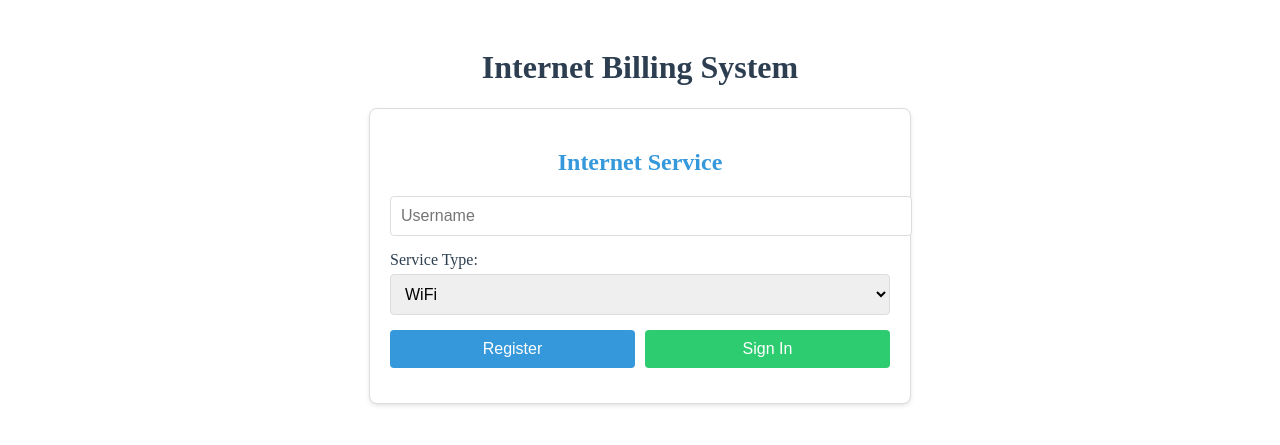
Repository: rachel648/system_Bill
Page: / (app in client/)
An editor plug-in stored every save of this project. The page is shown before and after the next save, followed by the edit.
The browser window is 1280 px wide. The pictures show the whole page.
The project was rebuilt for these pictures with package versions that can differ from the ones it lists, and the page was loaded fresh each time. Also part of the build but not shown: client/src/Packages.js.

Above is the page before, as saved 2025-05-11 16:11:00.

### client/public/index.html
<!DOCTYPE html>
<html lang="en">
  <head>
    <meta charset="UTF-8" />
    <meta name="viewport" content="width=device-width, initial-scale=1.0"/>
    <title>Internet Billing System</title>
  </head>
  <body>
    <div id="root"></div>
    <!-- Add React scripts if not using Create React App -->
    <!-- <script src="https://unpkg.com/react@18/umd/react.development.js"></script>
    <script src="https://unpkg.com/react-dom@18/umd/react-dom.development.js"></script> -->
  </body>
</html>

### client/src/App.js
import React from 'react';
import { BrowserRouter as Router, Routes, Route } from 'react-router-dom';
import ServiceForm from './components/ServiceForm';
import Packages from './Packages';

const App = () => {
  return (
    <Router>
      <div style={{ padding: '20px', maxWidth: '1200px', margin: '0 auto' }}>
        <h1 style={{ textAlign: 'center', color: '#2c3e50' }}>Internet Billing System</h1>
        <Routes>
          <Route path="/" element={<ServiceForm />} />
          <Route path="/packages" element={<Packages />} />
        </Routes>
      </div>
    </Router>
  );
};

export default App;

### client/src/components/ServiceForm.js
import React, { useState } from 'react';
import { useNavigate } from 'react-router-dom';
import axios from 'axios';

const ServiceForm = () => {
  const [formData, setFormData] = useState({
    username: '',
    serviceType: 'wifi',
    packageType: 'basic',
    duration: 1,
    amount: 10
  });
  const [status, setStatus] = useState({ message: '', type: '' });
  const [loading, setLoading] = useState(false);
  const navigate = useNavigate();

  const handleChange = (e) => {
    const { name, value } = e.target;
    setFormData(prev => ({
      ...prev,
      [name]: name === 'duration' || name === 'amount' ? parseInt(value) || 0 : value
    }));
  };

  const handleServiceChange = (e) => {
    handleChange(e);
    if (e.target.value === 'wifi') {
      navigate('/packages');
    } else if (e.target.value === 'hotspot') {
      alert('Hotspot selected');
    }
  };

  const handleRegister = async () => {
    if (!formData.username.trim()) {
      setStatus({ message: 'Username is required', type: 'error' });
      return;
    }

    setLoading(true);
    try {
      const res = await axios.post('/api/users/register', {
        username: formData.username,
        serviceType: formData.serviceType,
        package: formData.packageType,
        duration: formData.duration
      });

      setStatus({
        message: `Registration successful! Service active until ${new Date(res.data.data.endTime).toLocaleDateString()}`,
        type: 'success'
      });
    } catch (err) {
      setStatus({
        message: err.response?.data?.message || err.message || 'Registration failed',
        type: 'error'
      });
    } finally {
      setLoading(false);
    }
  };

  const handleSignIn = async () => {
    if (!formData.username.trim()) {
      setStatus({ message: 'Username is required', type: 'error' });
      return;
    }

    setLoading(true);
    try {
      const res = await axios.get(`/api/users/status/${formData.username}`);
      if (res.data && res.data.active !== undefined) {
        setStatus({
          message: `Welcome back! Status: ${res.data.active ? 'Active' : 'Inactive'}, Ends: ${new Date(res.data.endTime).toLocaleString()}`,
          type: 'success'
        });
        // Optionally redirect:
        // navigate('/dashboard');
      } else {
        setStatus({ message: 'User not found', type: 'error' });
      }
    } catch (err) {
      setStatus({
        message: err.response?.data?.message || 'Sign-in failed',
        type: 'error'
      });
    } finally {
      setLoading(false);
    }
  };

  const getStatusStyle = () => {
    switch (status.type) {
      case 'success': return { backgroundColor: '#e8f5e9', color: '#2e7d32' };
      case 'error': return { backgroundColor: '#ffebee', color: '#c62828' };
      case 'info': return { backgroundColor: '#e3f2fd', color: '#1565c0' };
      default: return { backgroundColor: '#f5f5f5', color: '#424242' };
    }
  };

  return (
    <div style={styles.container}>
      <h2 style={styles.heading}>Internet Service</h2>

      <div style={styles.inputGroup}>
        <input
          name="username"
          placeholder="Username"
          value={formData.username}
          onChange={handleChange}
          style={styles.input}
        />
      </div>

      <div style={styles.inputGroup}>
        <label style={styles.label}>Service Type: </label>
        <select
          name="serviceType"
          value={formData.serviceType}
          onChange={handleServiceChange}
          style={styles.select}
        >
          <option value="wifi">WiFi</option>
          <option value="hotspot">Hotspot</option>
        </select>
      </div>

      <div style={styles.buttonGroup}>
        <button
          onClick={handleRegister}
          style={styles.button}
          disabled={loading}
        >
          {loading ? 'Processing...' : 'Register'}
        </button>
        <button
          onClick={handleSignIn}
          style={{ ...styles.button, backgroundColor: '#2ecc71' }}
          disabled={loading}
        >
          {loading ? 'Processing...' : 'Sign In'}
        </button>
      </div>

      {status.message && (
        <div style={{ ...styles.status, ...getStatusStyle() }}>
          {status.message}
        </div>
      )}
    </div>
  );
};

const styles = {
  container: {
    maxWidth: '500px',
    margin: '0 auto',
    padding: '20px',
    border: '1px solid #ddd',
    borderRadius: '8px',
    boxShadow: '0 2px 4px rgba(0,0,0,0.1)',
    backgroundColor: '#fff'
  },
  heading: {
    textAlign: 'center',
    color: '#3498db',
    marginBottom: '20px'
  },
  inputGroup: {
    marginBottom: '15px'
  },
  label: {
    display: 'block',
    marginBottom: '5px',
    fontWeight: '500',
    color: '#2c3e50'
  },
  input: {
    width: '100%',
    padding: '10px',
    borderRadius: '4px',
    border: '1px solid #ddd',
    fontSize: '16px'
  },
  select: {
    padding: '10px',
    borderRadius: '4px',
    border: '1px solid #ddd',
    fontSize: '16px',
    width: '100%'
  },
  buttonGroup: {
    display: 'flex',
    gap: '10px',
    marginBottom: '15px'
  },
  button: {
    padding: '10px 15px',
    borderRadius: '4px',
    border: 'none',
    backgroundColor: '#3498db',
    color: 'white',
    cursor: 'pointer',
    flex: 1,
    fontSize: '16px'
  },
  status: {
    padding: '12px',
    borderRadius: '4px',
    fontSize: '16px',
    textAlign: 'center'
  }
};

export default ServiceForm;

Loaded but not shown: client/src/index.js (common file)

After the next save:
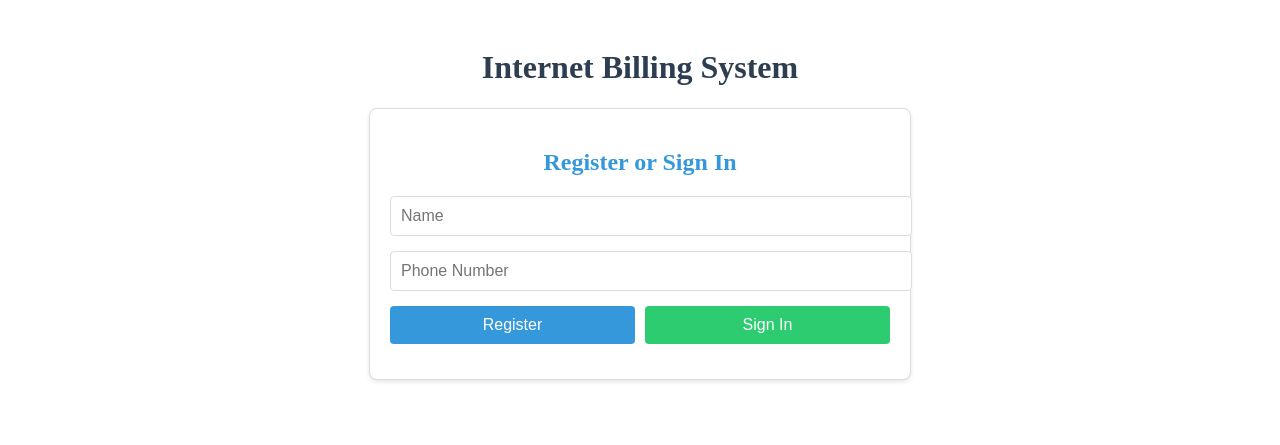
Saved 6 min 10 s later.
--- a/client/src/components/ServiceForm.js
+++ b/client/src/components/ServiceForm.js
@@ -4,11 +4,8 @@ import axios from 'axios';
 
 const ServiceForm = () => {
   const [formData, setFormData] = useState({
-    username: '',
-    serviceType: 'wifi',
-    packageType: 'basic',
-    duration: 1,
-    amount: 10
+    name: '',
+    phoneNumber: '',
   });
   const [status, setStatus] = useState({ message: '', type: '' });
   const [loading, setLoading] = useState(false);
@@ -18,38 +15,30 @@ const ServiceForm = () => {
     const { name, value } = e.target;
     setFormData(prev => ({
       ...prev,
-      [name]: name === 'duration' || name === 'amount' ? parseInt(value) || 0 : value
+      [name]: value
     }));
   };
 
-  const handleServiceChange = (e) => {
-    handleChange(e);
-    if (e.target.value === 'wifi') {
-      navigate('/packages');
-    } else if (e.target.value === 'hotspot') {
-      alert('Hotspot selected');
-    }
-  };
-
   const handleRegister = async () => {
-    if (!formData.username.trim()) {
-      setStatus({ message: 'Username is required', type: 'error' });
+    if (!formData.name.trim() || !formData.phoneNumber.trim()) {
+      setStatus({ message: 'Name and phone number are required', type: 'error' });
       return;
     }
 
     setLoading(true);
     try {
       const res = await axios.post('/api/users/register', {
-        username: formData.username,
-        serviceType: formData.serviceType,
-        package: formData.packageType,
-        duration: formData.duration
+        name: formData.name,
+        phoneNumber: formData.phoneNumber,
       });
 
       setStatus({
-        message: `Registration successful! Service active until ${new Date(res.data.data.endTime).toLocaleDateString()}`,
+        message: `Registration successful!`,
         type: 'success'
       });
+
+      // Redirect to packages page
+      navigate('/packages');
     } catch (err) {
       setStatus({
         message: err.response?.data?.message || err.message || 'Registration failed',
@@ -61,21 +50,22 @@ const ServiceForm = () => {
   };
 
   const handleSignIn = async () => {
-    if (!formData.username.trim()) {
-      setStatus({ message: 'Username is required', type: 'error' });
+    if (!formData.name.trim() || !formData.phoneNumber.trim()) {
+      setStatus({ message: 'Name and phone number are required', type: 'error' });
       return;
     }
 
     setLoading(true);
     try {
-      const res = await axios.get(`/api/users/status/${formData.username}`);
-      if (res.data && res.data.active !== undefined) {
+      const res = await axios.get(`/api/users/status/${formData.phoneNumber}`);
+      if (res.data) {
         setStatus({
-          message: `Welcome back! Status: ${res.data.active ? 'Active' : 'Inactive'}, Ends: ${new Date(res.data.endTime).toLocaleString()}`,
+          message: `Welcome back! Status: ${res.data.active ? 'Active' : 'Inactive'}`,
           type: 'success'
         });
-        // Optionally redirect:
-        // navigate('/dashboard');
+
+        // Redirect to packages page
+        navigate('/packages');
       } else {
         setStatus({ message: 'User not found', type: 'error' });
       }
@@ -100,29 +90,26 @@ const ServiceForm = () => {
 
   return (
     <div style={styles.container}>
-      <h2 style={styles.heading}>Internet Service</h2>
+      <h2 style={styles.heading}>Register or Sign In</h2>
 
       <div style={styles.inputGroup}>
         <input
-          name="username"
-          placeholder="Username"
-          value={formData.username}
+          name="name"
+          placeholder="Name"
+          value={formData.name}
           onChange={handleChange}
           style={styles.input}
         />
       </div>
 
       <div style={styles.inputGroup}>
-        <label style={styles.label}>Service Type: </label>
-        <select
-          name="serviceType"
-          value={formData.serviceType}
-          onChange={handleServiceChange}
-          style={styles.select}
-        >
-          <option value="wifi">WiFi</option>
-          <option value="hotspot">Hotspot</option>
-        </select>
+        <input
+          name="phoneNumber"
+          placeholder="Phone Number"
+          value={formData.phoneNumber}
+          onChange={handleChange}
+          style={styles.input}
+        />
       </div>
 
       <div style={styles.buttonGroup}>
@@ -169,25 +156,12 @@ const styles = {
   inputGroup: {
     marginBottom: '15px'
   },
-  label: {
-    display: 'block',
-    marginBottom: '5px',
-    fontWeight: '500',
-    color: '#2c3e50'
-  },
   input: {
     width: '100%',
     padding: '10px',
     borderRadius: '4px',
     border: '1px solid #ddd',
     fontSize: '16px'
-  },
-  select: {
-    padding: '10px',
-    borderRadius: '4px',
-    border: '1px solid #ddd',
-    fontSize: '16px',
-    width: '100%'
   },
   buttonGroup: {
     display: 'flex',
